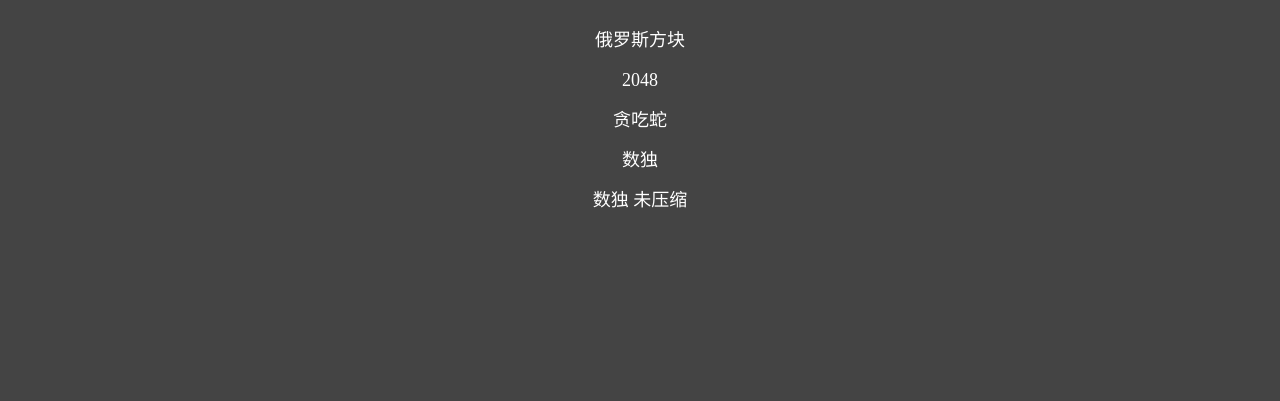
Repository: yangtengxiang/get_test
Page: game/H5/index.html
An editor plug-in stored every save of this project. The page is shown before and after the next save, followed by the edit.
The browser window is 1280 px wide. The pictures show the whole page.

Above is the page before, as saved 2020-04-29 17:38:59.

### game/H5/index.html
<!DOCTYPE html>
<html lang="zh-CN">
<head>
	<meta name="renderer" content="webkit">
	<meta http-equiv="Content-Type" content="text/html; charset=utf-8">
	<meta http-equiv="X-UA-Compatible" content="IE=edge,chrome=1">
	<meta name="viewport" content="width=device-width, initial-scale=1.0, maximum-scale=1.0, minimum-scale=1.0, user-scalable=no">
	<meta charset="UTF-8">
	<title>新页面</title>
	<style>
		body{
			background: #444;
		}
		.link-box{
			width: 300px;
			margin: 20px auto;
		}
		.link-box a{
			display: block;
			line-height: 40px;
			font-size: 18px;
			color: #FFF;
			text-decoration: none;
			text-align: center;
		}.link-box a:hover{
			background: #333;
		}
	</style>
</head>
<body>
	 <div class="link-box">
		 <a href="elsfk.html">俄罗斯方块</a>
		 <a href="2048.html">2048</a>
		 <a href="tanchishe.html">贪吃蛇</a>

		 <a href="Sudoku_1.1.min.html">数独</a>
		 <a href="Sudoku_1.1.html">数独 未压缩</a>
	 </div>
</body>
</html>

### game/H5/2048.html
<!DOCTYPE html>
<html  ondblclick="GamesStart()">

	<head>
		<meta charset="UTF-8">
		<title></title>
		<!--<link rel="stylesheet" type="text/css" href="css/temp.css" />-->
		<script type="text/javascript">
			var Game = true;
			function move(direction) {
				var container = document.querySelector(".container");
				var item = container.children;
				var wz = [];
				var fx, fx_reverse;
				var end;
				for(var i = 0; i < item.length; i++) {
					var obj = function() { var col; var row; var obj; }
					wz[i] = obj; wz[i]["row"] = item[i].getAttribute("row"); wz[i]["col"] = item[i].getAttribute("col"); wz[i]["obj"] = item[i];
				}
				if(direction == "top") { fx = "col"; end = false; }
				if(direction == "bottom") { fx = "col"; end = true; }
				if(direction == "left") { fx = "row"; end = false; }
				if(direction == "right") { fx = "row"; end = true; }
				fx_reverse = "row"; if(fx == "row") { fx_reverse = "col"; }
				var _return = true;
				for(var times = 1; times <= 4; times++) {
					var arr = [];
					for(var o = 0; o < wz.length; o++) { if(wz[o][fx_reverse] == times) { arr.push(wz[o]); } }
					var ky = 1; if(end) ky = 4;
					function pd(end, p) {
						if(end) { if(p > 0) return true; return false; }
						else { if(p <= 4) return true; return false; }
					}
					var i_previous = -1;
					for(var p = ky; pd(end, p); end ? (p--) : (p++)) {
						for(var i = 0; i < arr.length; i++) {
							if(arr[i][fx] == p) {
								if(arr[i_previous] == undefined) ;
								else if(arr[i].obj.innerText == arr[i_previous].obj.innerText) {
									end ? (ky++) : (ky--);
									arr[i].obj.innerText = parseInt(arr[i].obj.innerText) * 2;
									arr[i_previous].obj.remove();
									_return = false;
									if(fx == "row") { arr[i].obj.style.left = ky * 110 - 100 + "px"; arr[i].obj.setAttribute("row", ky); i_previous = i; }
									else { arr[i].obj.style.top = ky * 110 - 100 + "px"; arr[i].obj.setAttribute("col", ky); i_previous = i; }
									arr[i].obj.className = "lv_" + arr[i].obj.innerText/2;
									end ? (ky--) : (ky++);
									i_previous = undefined;
									IntegralUp(arr[i].obj.innerText);
									continue;
								}
								if(arr[i][fx] != ky) {
									_return = false;
									if(fx == "row") { arr[i].obj.style.left = ky * 110 - 100 + "px"; arr[i].obj.setAttribute("row", ky); }
									else { arr[i].obj.style.top = ky * 110 - 100 + "px"; arr[i].obj.setAttribute("col", ky); }
								}
								i_previous = i;
								end ? (ky--) : (ky++);
							}
						}
					}
				}
				if(_return) return;
				var div = document.createElement("div");
				var bool = true;
				while(bool) {
					div.setAttribute("col", parseInt(Math.random() * 4 + 1));
					div.setAttribute("row", parseInt(Math.random() * 4 + 1));
					bool = false;
					for(var i = 0; i < wz.length; i++) {
						if(div.getAttribute("row") == wz[i].obj.getAttribute("row") && div.getAttribute("col") == wz[i].obj.getAttribute("col")) { bool = true; break; }
					}
					if(!bool) break;
				}
				var ran=Math.random()+Math.random()+Math.random()+Math.random()+Math.random();
				ran*=0.2;
				div.innerText = parseInt( ran* 2 + 1)*2;
				document.querySelector(".container").appendChild(div);
				div.style.left = div.getAttribute("row") * 110 - 100 + "px";
				div.style.top = div.getAttribute("col") * 110 - 100 + "px";
				div.className = "lv_" + div.innerText/2;
				if(item.length >= 16) {
					var row = []; var col = [];
					for(var i = 1; i <= 4; i++) {
						row.push(getElementByAttr(item, "row", i));
						col.push(getElementByAttr(item, "col", i));
					}
					bool = true;
					for(var i = 1; i <= 4; i++) {
						var row = getElementByAttr(item, "row", i);
						var o_previous = getElementByAttr(row, "col", 1);
						for(var o = 2; o <= 4; o++) {
							var p = getElementByAttr(row, "col", o);
							if(o_previous[0].innerText == p[0].innerText) bool = false;
							o_previous = p;
						}
						var col = getElementByAttr(item, "col", i);
						var o_previous = getElementByAttr(col, "row", 1);
						for(var o = 2; o <= 4; o++) {
							var p = getElementByAttr(col, "row", o);
							if(o_previous[0].innerText == p[0].innerText) bool = false;
							o_previous = p;
						}
					}
					if(bool) GamesOver();
				}
			}

			function getElementByAttr(item, attr, value) {
				var aEle = [];
				for(var i = 0; i < item.length; i++) {
					if(item[i].getAttribute(attr) == value)
						aEle.push(item[i]);
				}
				return aEle;
			}
			function GamesOver() {
				Game = false;
				document.querySelector(".alert").style.display = "block";
				document.querySelector("h1").style.display = "block";
				document.querySelector("h1").innerText = document.querySelector(".cur span+span").innerText;
			}
			function GamesStart() {
				if(document.querySelectorAll(".container div").length==0){}
				else{ if(Game) return;}
				document.querySelector(".alert").style.display = "none";
				document.querySelector("h1").style.display = "none";
				var container = document.querySelector(".container");
				var divs = container.children;
				console.log(divs);
				for(var i = divs.length - 1; i >= 0; i--) {
					console.log(divs[i]);
					container.removeChild(divs[i]);

				}
				var f = document.querySelector(".Integral");
				var cur = f.children[2].children[1];
				cur.innerText = "0";
				var div = document.createElement("div");
				div.setAttribute("col", 1);
				div.setAttribute("row", 1);
				div.style.left = "10px";
				div.style.top = "10px";
				div.innerText = "2";
				div.className = "lv_1";
				container.appendChild(div);
				Game=true;
			}
			function IntegralUp(value) {
				value = parseInt(value);
				var f = document.querySelector(".Integral");
				var max = f.children[1].children[1];
				var cur = f.children[2].children[1];
				cur.innerText = parseInt(cur.innerText + "") + value;
				if(parseInt(cur.innerText) > parseInt(max.innerText)) max.innerText = cur.innerText;
			}
			function remove_lv(value) {
				var div = document.querySelectorAll(".lv_" + value);
				for(var i = div.length - 1; i >= 0; i--) {
					div[i].remove();
				}
			}
			function remove_XY(x, y) {
				var item = document.querySelectorAll(".container div");
				var row = getElementByAttr(item, "row", x);
				var col = getElementByAttr(row, "col", y);
				col.remove();
			}
			function remove_lv_2_4_8_16() {
				var div = document.querySelectorAll(".lv_1,.lv_2,.lv_4,.lv_8");
				for(var i = div.length - 1; i >= 1; i--) {
					div[i].remove();
				}
			}
			document.onkeydown=KeyEvent;
			function KeyEvent(e) {
				//console.log(e);
				if(e.shiftKey && e.code == "Delete") {
					remove_lv_2_4_8_16();
				}
				if(e.code == "Space") {
					GamesStart();
				}
				if(!Game) return;
				if(e.code == "ArrowUp") {
					move("top");
				}
				if(e.code == "ArrowDown") {
					move("bottom");
				}
				if(e.code == "ArrowLeft") {
					move("left");
				}
				if(e.code == "ArrowRight") {
					move("right");
				}

			}
		</script>
		<style type="text/css">
			*{ margin: 0; padding: 0; font-family: "微软雅黑"; list-style: none;  }
			body{overflow: hidden;}
			.f{width: 2em !important;font-size: 30px;flex: 0 0 auto !important;background: none !important;}
			.Integral{ position: absolute; right: 0; top: -60px; height: 50px; font-size: 20px; color: #A96E3E; display: flex; line-height: 50px; width: 450px; }
			.Integral p{ flex: 1 1 auto; margin: 0 8px; background: #D2E5EC; border-radius:5px ; width: 5em; }
			.Integral p span:first-child{ padding: 0 5px; }
			.alert{ position: absolute; top: 0; left: 0; width: 450px; height: 450px; background: #D0D0D0; opacity: 0.66; z-index: 998; border-radius:5px ; display: flex; flex: 0 0 auto; }
			h1{ background: #153B26; border-radius:10px ; padding: 10px; font-size: 50px; position: absolute; top: 0; bottom: 0; left: 0; right: 0; margin: 100px auto; text-align: center; height: 1em; line-height: 1em; opacity: 2; width: 4em; z-index: 999; color: #D8C818; }
			.main{width: 450px; height: 450px; margin: auto;position: absolute;top: 0;bottom: 0;left: 0;right: 0;}
			.main .bg{ width: 430px; height: 430px; border: 10px solid #D3C294; background: #D3C294; border-radius:10px ; position: relative;  }
			.main .bg div{width: 100px; height: 100px; margin-left:10px ;background: #CCF7FF;border-radius:5px ;float: left;}
			.main .bg div:nth-child(n+5){margin-top: 10px;}
			.main .bg div:nth-child(4n+1){margin-left: 0;}
			.main .container{ width: 450px; height: 450px; position: absolute; top: 0; left: 0;  }
			.main .container div{ width: 100px; height: 100px; border-radius: 5px; position: absolute; }

			.main .container div{ text-align: center; line-height: 100px; transition: 200ms; }
			.lv_1{ background: #E2E2E2; /*灰*/ }
			.lv_2{ background: #9DA983;  /*浅色-*/}
			.lv_4{  background: #E4C2D2; /*浅色-*/}
			.lv_8{  background: #7996C2;  /*有点深的颜色-*/}
			.lv_16{ background: #273542;  /*灰蓝-*/}
			.lv_32{ background: #D2994C;  /*琥珀色-*/}
			.lv_64{ background: #017666; /*绿*/ }
			.lv_128{ background: #FDEE71;  /*黄*/}
			.lv_256{ background: #343233; /*深灰-*/}
			.lv_512{ background: #065C8B;  /*蓝*/}
			.lv_1024{ background: #D63449;  /*红-*/ }
			.lv_2048{ background: #E31E15;  /*红-*/}
			.lv_4096{ background: #370508;  /*玄色-*/}
			.lv_8192{ background: #FFED42;  /*黄-*/}
			.lv_16384{/*应该没用*/ background: #75BBDD; /*蓝-*/ }

			.lv_1,.lv_2,.lv_4,.lv_8{color: #666666;font-size: 60px;}
			.lv_16, .lv_32, .lv_64{color: #5AE4D5;font-size: 50px;}
			.lv_128, .lv_256, .lv_512{ color: #B84C4C; font-size: 40px;}
			.lv_1024, .lv_2048, .lv_4096, .lv_8192{ color: #695631; font-size: 30px;}

			.foot{ margin: auto; position: absolute; bottom: -60px; left: 0; right: 0; text-align: center; color: #E6E6E6; }

		</style>
	</head>

	<body>

		<div class="main">
			<div class="Integral">
				<p class="f">分数</p>
				<p class="max"><span>最高：</span><span>0</span></p>
				<p class="cur"><span>当前：</span><span>0</span></p>
			</div>
			<div class="alert" style="display: none;"></div>
			<h1 style="display: none;">0000</h1>
			<div class="bg">
				<div></div>
				<div></div>
				<div></div>
				<div></div>
				<div></div>
				<div></div>
				<div></div>
				<div></div>
				<div></div>
				<div></div>
				<div></div>
				<div></div>
				<div></div>
				<div></div>
				<div></div>
				<div></div>
			</div>
			<div class="container">
				<div row="1" col="1" style="top: 10px;left: 10px;" class="lv_1">
					2
				</div>

			</div>
			<div class="foot"  ondblclick="remove_lv_1248()">作者:天字第一号</div>
		</div>
	</body>
	<script>
		var startx, starty;
		function getAngle(angx, angy) {
			return Math.atan2(angy, angx) * 180 / Math.PI;
		};
		function getDirection(startx, starty, endx, endy) {
			var angx = endx - startx;
			var angy = endy - starty;
			var result = 0;
			if(Math.abs(angx) < 1 && Math.abs(angy) < 1) {
				return result;
			}
			var angle = getAngle(angx, angy);
			if(angle >= -135 && angle <= -45) {
				result = 1;
			} else if(angle > 45 && angle < 135) {
				result = 2;
			} else if((angle >= 135 && angle <= 180) || (angle >= -180 && angle < -135)) {
				result = 3;
			} else if(angle >= -45 && angle <= 45) {
				result = 4;
			}
			return result;
		}
		document.addEventListener("touchstart", function(e) {
			startx = e.touches[0].pageX;
			starty = e.touches[0].pageY;
		}, false);
		document.addEventListener("touchend", function(e) {
			var endx, endy;
			endx = e.changedTouches[0].pageX;
			endy = e.changedTouches[0].pageY;
			var direction = getDirection(startx, starty, endx, endy);
			switch(direction) {
				case 0:  break;
				case 1: move("top"); break;
				case 2: move("bottom"); break;
				case 3: move("left"); break;
				case 4: move("right"); break;
				default:
			}
		}, false);
	</script>
</html>

After the next save:
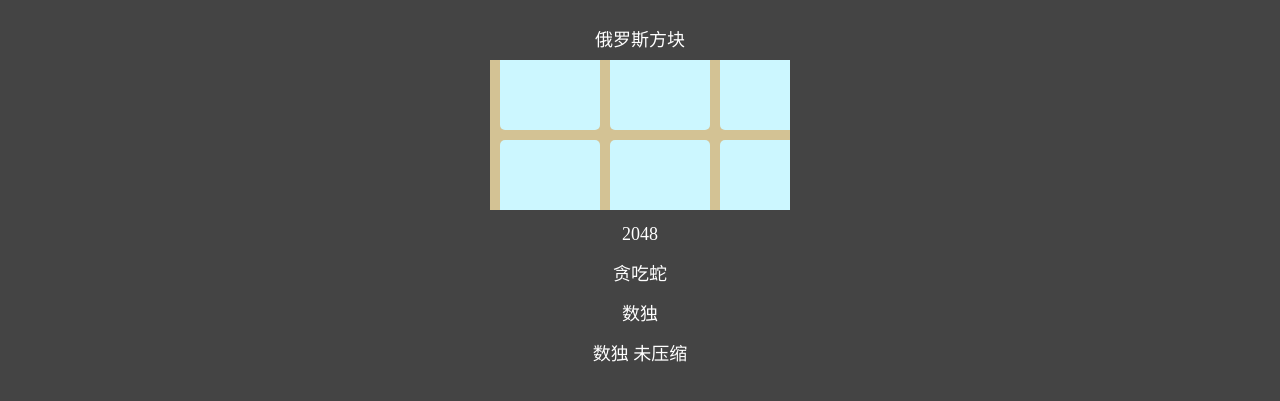
Saved 33 s later.
--- a/game/H5/index.html
+++ b/game/H5/index.html
@@ -30,6 +30,7 @@
 <body>
 	 <div class="link-box">
 		 <a href="elsfk.html">俄罗斯方块</a>
+		 <iframe src="./2048.html" frameborder="0"></iframe>
 		 <a href="2048.html">2048</a>
 		 <a href="tanchishe.html">贪吃蛇</a>
 
